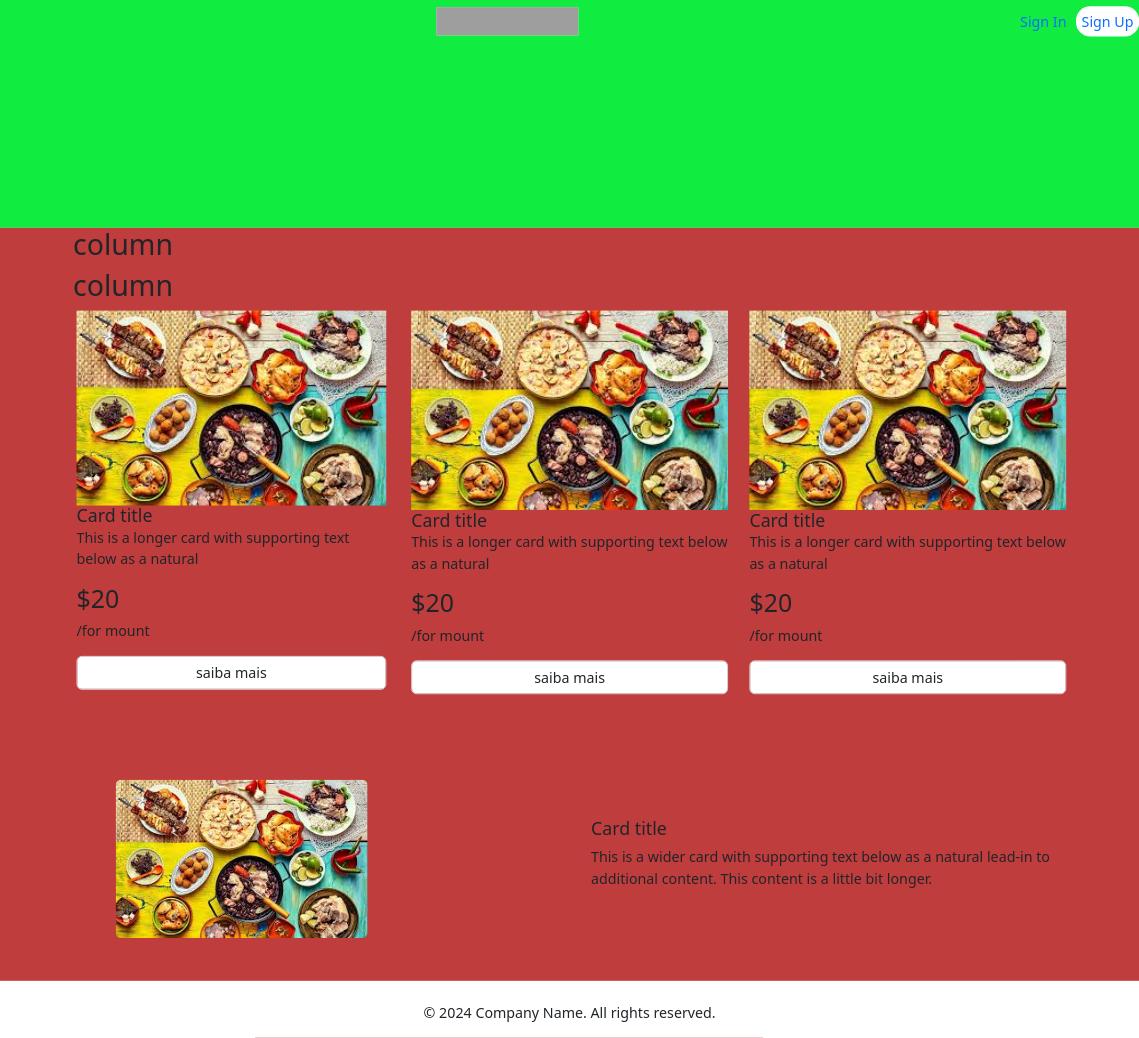
Repository: Joao-Rafael-mob/repoCurso
Page: index.html
The author's editor kept a copy of each file at every save. The page is drawn from the files as they stood at one save, then again after the next save.
The browser window is 1280 px wide. The pictures show the whole page, at 89% of full size.
Pictures or frames that could not be fetched are drawn as grey boxes.

Above is the page before, as saved 2024-09-27 09:35:51.

After the next save:
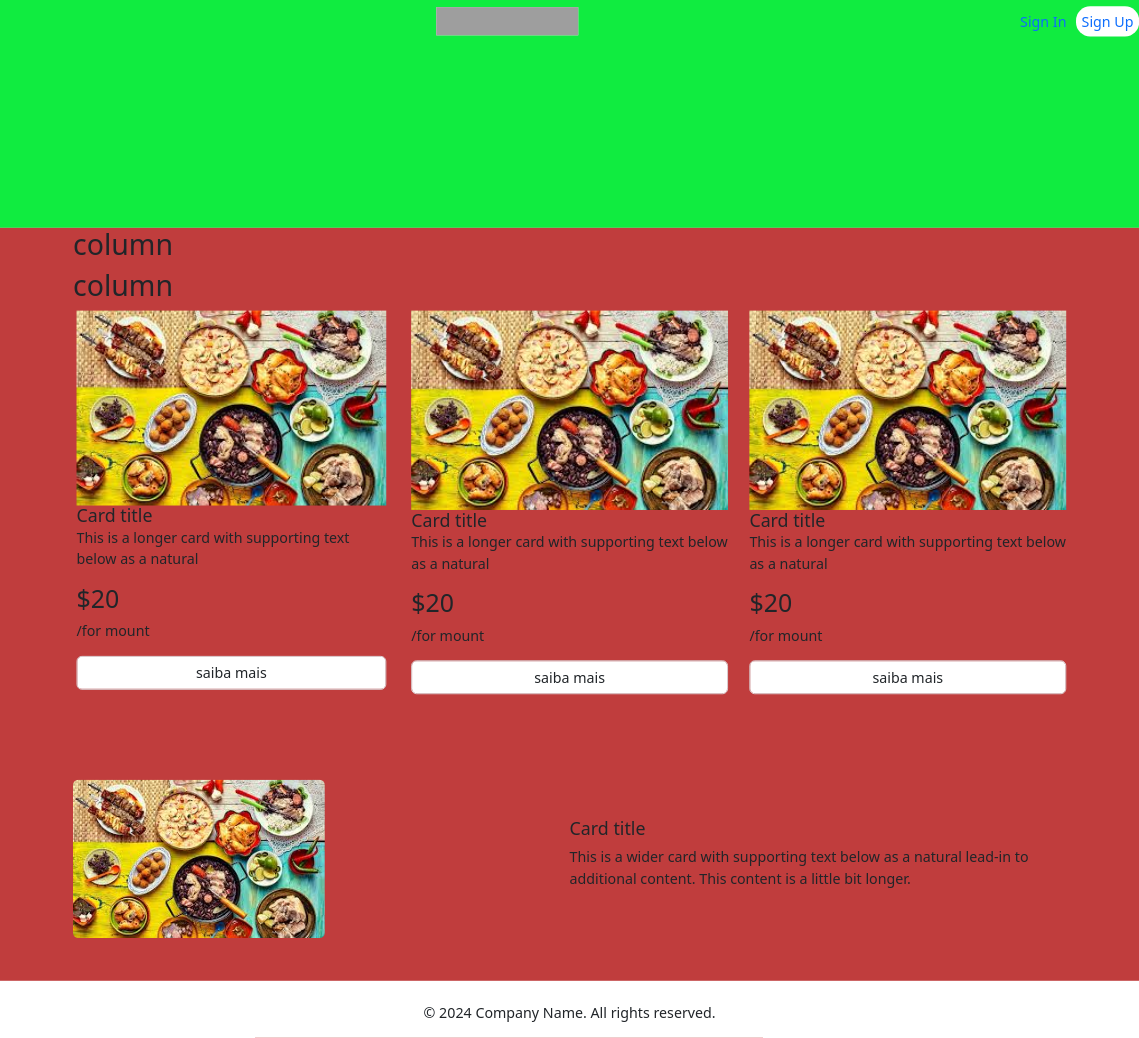
Saved 3 min 15 s later.
--- a/index.html
+++ b/index.html
@@ -85,23 +85,22 @@
 
       <div class="container mt-5">
         <div class="py-5">
-          <div class="row g-0 align-items-center">
-            <div class="col ms-5">
-              <img src="banner.jpeg" class="rounded float-start" alt="" />
+            <div class="row g-0 align-items-center">
+                <div class="col">
+                    <img src="banner.jpeg" class="rounded float-start" alt="" style="max-width: 100%; height: auto;" />
+                </div>
+                <div class="col">
+                    <div class="mt-1">
+                        <h5>Card title</h5>
+                        <p>
+                            This is a wider card with supporting text below as a natural lead-in to additional content. This content is a little bit longer.
+                        </p>
+                    </div>
+                </div>
             </div>
-            <div class="col ">
-              <div class="mt-1">
-                <h5>Card title</h5>
-                <p>
-                  This is a wider card with supporting text below as a natural
-                  lead-in to additional content. This content is a little bit
-                  longer.
-                </p>
-              </div>
-            </div>
-          </div>
         </div>
-      </div>
+    </div>
+
     </main>
 
     <footer class="text-center mt-4">
